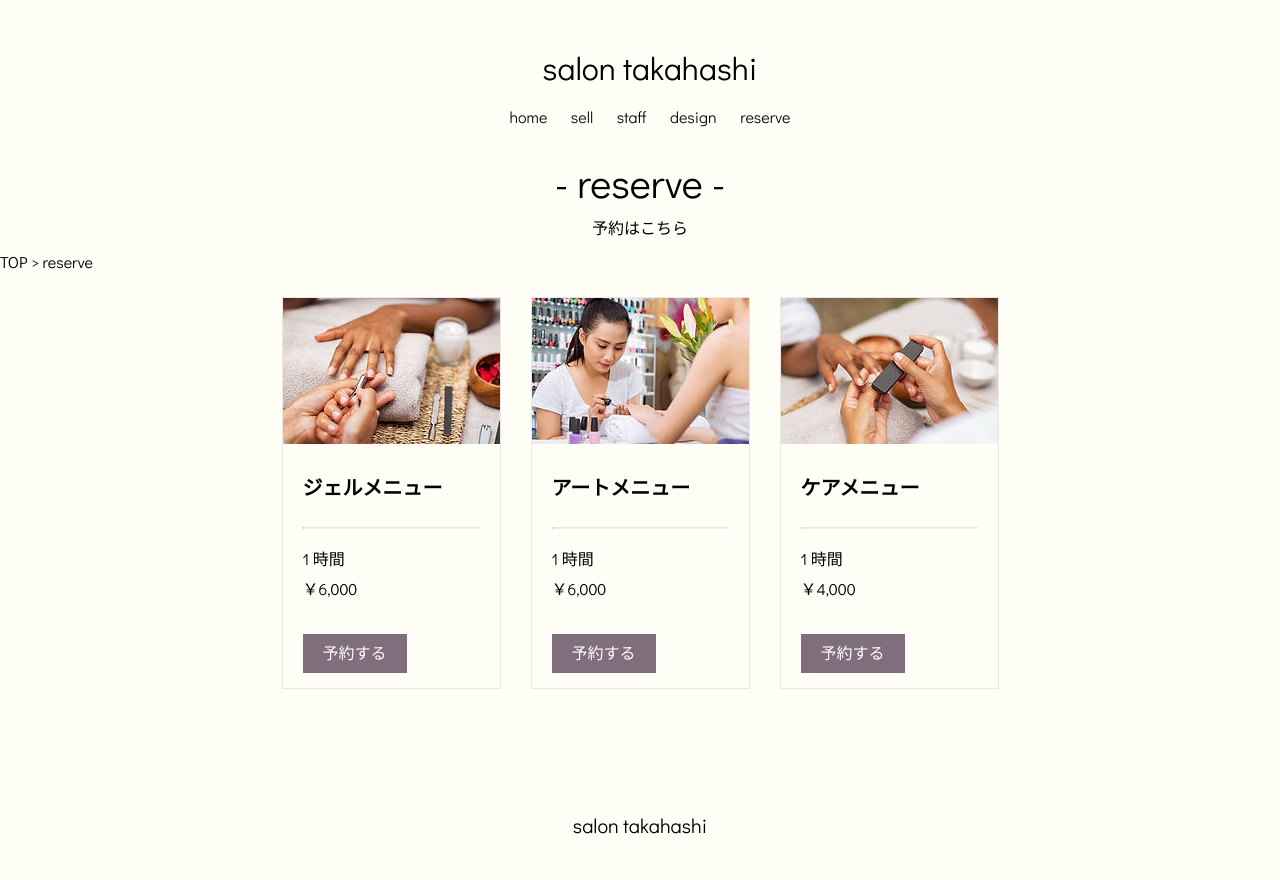
Repository: yukitakahashi1002/salontakahashi-
Page: reserve.html
These files come from the project's save history. The page is drawn as it stood at one moment and after the next save; the edit follows.
The browser window is 1280 px wide. The pictures show the whole page.

Above is the page before, as saved 2023-08-07 02:07:04.

### reserve.html
<!DOCTYPE html>
<html>
<head>
    <title>Salon Takahashi - reserve 予約 -</title>
    <meta charset="utf-8">
    <meta name="description" content="サロンタカハシの予約一覧窓口">
    <meta name="viewport" content="width=device-width, initial-scale=1.0">
    <link rel="stylesheet" href='https://fonts.googleapis.com/css?family=Didact Gothic'>
    <link rel="stylesheet" href="css/normalize.css">
    <link rel="stylesheet" href="css/style.css">
</head>
<body>
    <!-- ヘッダー -->
    <header>
        <!-- サイトタイトル -->
        <h1>salon takahashi</h1>

        <!-- PC用ナビゲーション -->
        <nav id="nav-pc">
            <a href="/">home</a>
            <a href="sell.html">sell</a>
            <a href="staff.html">staff</a>
            <a href="design.html">design</a>
            <a href="reserve.html">reserve</a>
        </nav>
    </header>
    <main>
        <article>
            <!-- staff -->
            <section id="reserve">
                <div class="section-title">
                    <h2 class="index-h2">- reserve -</h2>
                    <p>予約はこちら</p>
                </div>
                <div>TOP > reserve</div>
                <div id="reserve-flex">
                    <div>
                        <img src="images/11062b_f559db1cc04e4659ba60bf315688cfeb~mv2.jpg" alt="ジェルネイルメニュー">
                        <div class="reserve-item">
                            <h3>ジェルメニュー</h3>
                            <hr>
                            <p>1 時間<br>￥6,000</p>
                            <button type="button" onclick="location.href='#'">予約する</button>
                        </div>
                    </div>
                    <div>
                        <img src="images/11062b_d6c82e8a1fc042bc97ade38e98abc538~mv2.jpeg" alt="アートメニュー">
                        <div class="reserve-item">
                            <h3>アートメニュー</h3>
                            <hr>
                            <p>1 時間<br>￥6,000</p>
                            <button type="button" onclick="loction.href='#'">予約する</button>
                        </div>
                    </div>
                    <div>
                        <img src="images/11062b_cc6328a56ade492191d4d380690a11f1~mv2.jpeg" alt="ケアメニュー">
                        <div class="reserve-item">
                            <h3>ケアメニュー</h3>
                            <hr>
                            <p>1 時間<br>￥4,000</p>
                            <button type="button" onclick="location.href='#'">予約する</button>
                        </div>
                    </div>
                </div>
            </section>
        </article>
        <footer>
            <p>salon takahashi</p>
        </footer>
    </main>
</body>
</html>

### css/style.css
@charset "utf-8";

/*
* *********************************
*　ページ全体に関わるのCSS設定
* *********************************
*/
html *,
::before,
::after {
    box-sizing: border-box;
}

html {
    font-size: 14px;
    height: 100%;
    margin: 0px;
    padding: 0px;
}
@media (min-width: 768px)  {
    html {
        font-size: 16px;
    }
}

body {
    font-family: 'Didact Gothic', sans-serif;
    background-color: #FFFFF8;
    height: 100%;
    margin: 0px;
    padding: 0px;
}

main {
    position: relative;
    min-height: 100%;
}

/* 標準的なリンクのテキストの色 */
a {
    color: #f30;
}



/*=============
PC用のスタイル
==============*/
/* 横幅設定 */
body {
    max-width: 1800px;
    min-width: 960px;
    margin: 0 auto 0 auto;
}

/* ヘッダー */
header {
    text-align: center;
    margin-top: 50px;
}
header > h1 {
    margin-left: 20px;
    font-weight: normal;
}

/* ナビゲーションのレイアウト */
#nav-pc > a:link {
    text-decoration: none;
    margin-left: 20px;
    color: #0d0d0d;
}

#nav-pc > a:visited {
    color: #0d0d0d;
}

#nav-pc > a:hover {
    color: #0d0d0d;
    text-decoration: underline;
}

#nav-pc > a:active {
    color: #0d0d0d;
}

/* メインビジュアル */
#main-visual {
    text-align: center;
}

#main-message > h1 {
    font-size: 60px;
    margin: 100px auto 0 auto;
    font-weight: normal;
}
#main-message > p {
    font-size: 20px;
}

#main-visual > img {
    margin: 80px auto 0 auto;
}

/* 見出し */
.section-title {
    text-align: center;
}
.section-title > P {
    margin-top: -20px;
}


h2 {
    font-weight: normal;
    font-size: 40px;
}

h3 {
    font-size: 20px;
    line-height: 40px;
}

/* メニュー */
#menu {
    margin: 100px auto 80px auto;
    width: 100%;
}

/* メニューセクションのフレックス部分 */
#menu-flex {
    width: 100%;
    display: flex;
    justify-content: space-between;
}

#menu-flex > div {
    width: 50%;
    height: 600px;
    margin-top: 50px;
}

.menu-flex-left {
    display: flex;
    align-items: flex-start;
    position: relative;
    margin-right: 20px;
    margin-left: 20px;
}

.menu-flex-left > img {
    width: 100%;
}

.placebox-left {
    width: 30%;
    position: absolute;
    top: 25%;
    left: 50%;
    -ms-transform: translate(-50%, -50%);
    -webkit-transform: translate(-50%, -50%);
    transform: translate(-50%, -50%);
    margin: 0;
    padding: 0;
    background-color: #666666;
    opacity: 0.5;
    color: #FFFFFF;
    text-align: center;
    font-weight: bold;
}

/* 商品ページの商品コメント */
.sell-description-left {
    width: 80%;
    position: absolute;
    bottom: 0;
    left: 55%;
    -ms-transform: translate(-50%, -50%);
    -webkit-transform: translate(-50%, -50%);
    transform: translate(-50%, -50%);
    margin: 0;
    padding: 0;
    text-align: left;
}

/* スタッフセクションのフレックス部分 */
.staff-flex {
    text-align: center;
    margin: 3rem 0 0 0;
}

.menu-flex-right {
    display: flex;
    align-items: flex-end;
    position: relative;
    margin-right: 20px;
    margin-left: 20px;
}


.menu-flex-right > img {
    width: 100%;
}

.placebox-right {
    width: 30%;
    position: absolute;
    bottom: 10%;
    right: 20%;
    -ms-transform: translate(-50%, -50%);
    -webkit-transform: translate(-50%, -50%);
    transform: translate(-50%, -50%);
    margin: 0;
    padding: 0;
    background-color: #666666;
    opacity: 0.5;
    color: #FFFFFF;
    text-align: center;
    font-weight: bold;
}

/* 商品ページの商品コメント */
.sell-description-right {
    width: 80%;
    position: absolute;
    top: 5%;
    right: 23%;
    -ms-transform: translate(0, -50%);
    -webkit-transform: translate(0, -50%);
    transform: translate(0, -50%);
    margin: 0;
    padding: 0;
    text-align: left;
}

/* デザインセクションのフレックス部分 */
#design-flex {
    display: flex;
    flex-wrap: wrap;
}

/* デザイン画像 */
.cover-box {
    position: relative;
    transition: transform 0.3s ease;
}

.image-box > img {
    width: 600px;
    height: auto;
    padding: 20px;
    vertical-align: bottom;
}

.dark-cover > h3 {
    opacity: 0;
    position: absolute;
    top: 10px;
    left: 30px;
}

.dark-cover:hover > h3 {
    color: #FFFFFF;
    opacity: 1;
}

/* デザイン画像のホバー時 */
.dark-cover {
    position: absolute;
    top: 0;
    left: 0;
    right: 0;
    bottom: 0;
    z-index: 1;
    opacity: .3;
    transition:  background-color 0.3s ease;
    margin: 20px;
}
.dark-cover:hover {
    background-color: black;
}

.menu-foot {
    text-align: left;
    width: 60%;
    margin: 0 0 0 30%;
}

.menu-foot p {
    margin: 5px 0 5px 0;
    font-size: 16px;
}

/* reserveセクションのフレックス部分 */
#reserve-flex {
    display: flex;
    justify-content: center;
    padding: 10px;
    margin: 0 0 100px 0;
}

#reserve-flex > div > img {
    width: 100%;
}

.reserve-item {
    margin: 0 0 0 20px;
}

.reserve-item > p {
    line-height: 30px;
    margin: 30px 0 30px 0;
}

#reserve-flex > div {
    border: 1px solid #E9E9E0;
    margin: 15px;
    padding: 0 0 15px 0;
}

hr {
    border-top: 1px solid #E9E9E0;
    width: 90%;
    margin: 0 0 -15px 0;
}

button {
    background: #816E7C;
    border-radius: 0;
    border: none;
    padding: 10px 20px;
    text-align: center;
    color: #FFF;
}
button:hover {
    background: #A799A0;
}

/* インフォメーション */
#information {
    margin: 100px auto 80px auto;
    width: 100%;
}

/* 表部分 */
/* height: 330px;効かない */
table {
    border-collapse:collapse;
    border-spacing: 0;
    height: 330px;
}

/* .information-table > td だと効かない */
.infomertion-left {
    width: 50%;
    height: 200px;
    background-color: #F2F2F2;
    text-align: center;
    vertical-align: center;
    line-height: 40px;
}

.infomertion-right {
    width: 50%;
    /* height: 200px; */
}

strong {
    font-size: 30px;
}

footer {
    potision: absolute;
    bottom: 0;
    margin: 50px auto;
    text-align: center;
}

footer p {
    font-size: 20px;
}

Loaded but not shown: css/normalize.css (library)

After the next save:
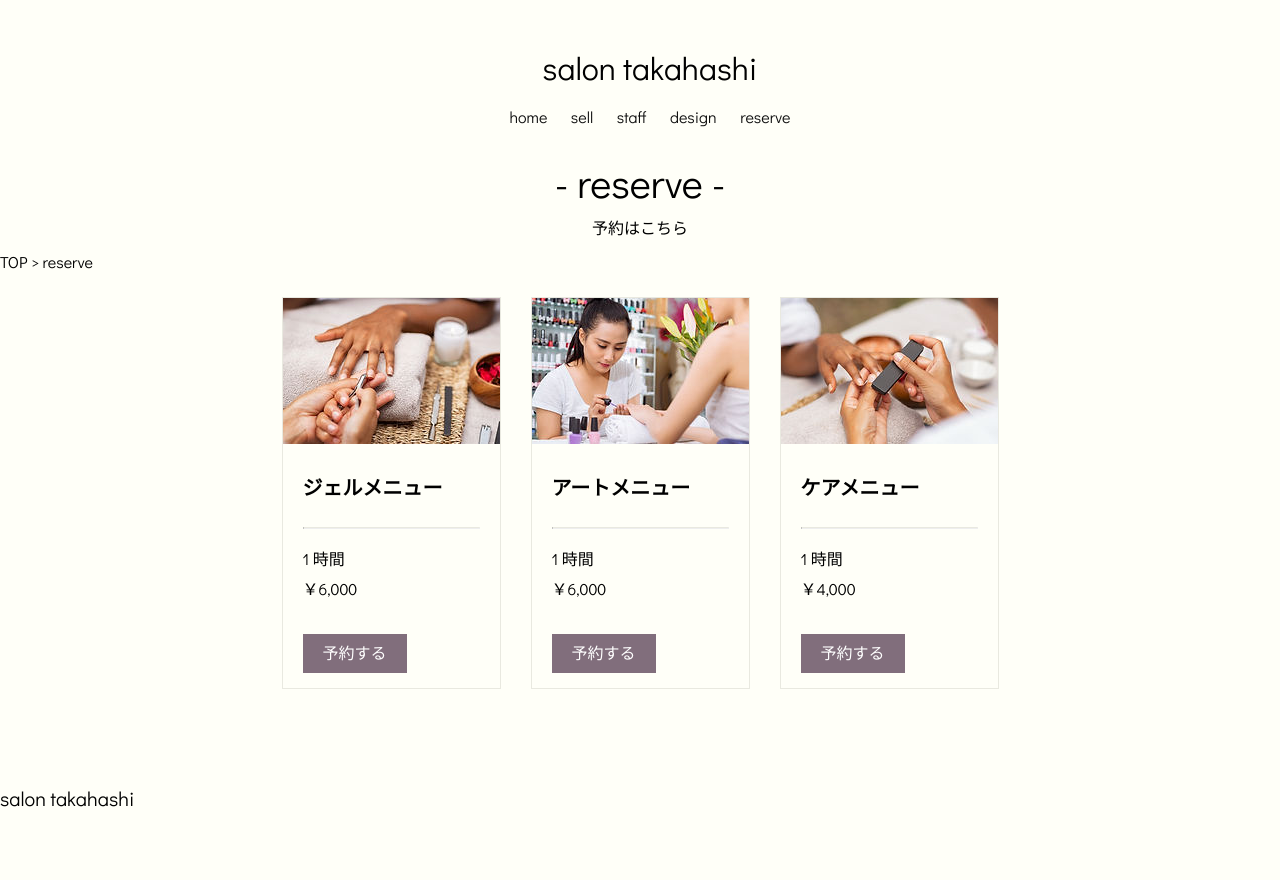
Saved 27 s later.
--- a/css/style.css
+++ b/css/style.css
@@ -369,7 +369,7 @@ strong {
 }
 
 footer {
-    potision: absolute;
+    position: absolute;
     bottom: 0;
     margin: 50px auto;
     text-align: center;
